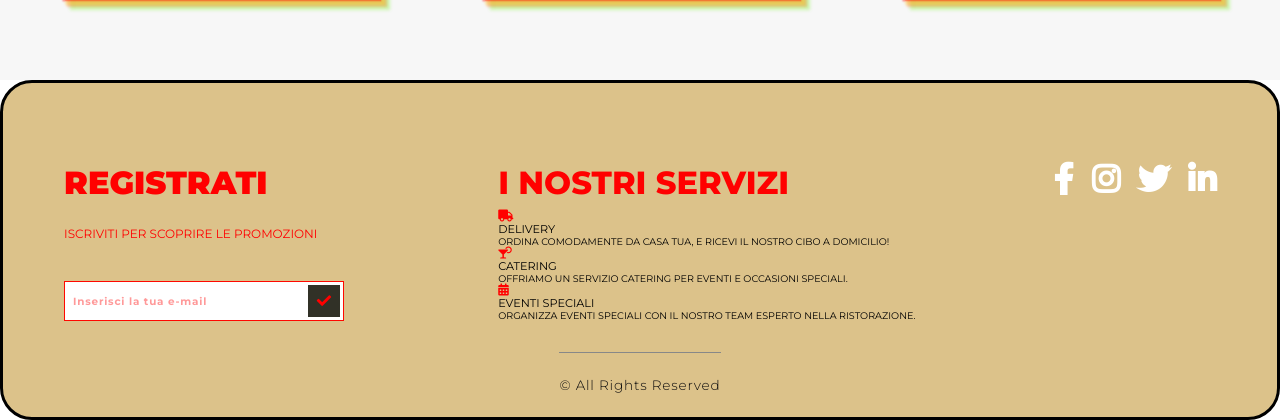
Repository: Probyte5D/ResponsiveFoodWebsite
Page: index.html
An editor plug-in stored every save of this project. The page is shown before and after the next save, followed by the edit.
The browser window is 1280 px wide. The pictures show the part of the page from y = 2305 to 2847 px (the page is 2725 px tall before and 2847 px after).
Backgrounds fixed to the window are drawn as part of the page. Some web fonts or font styles are not loaded; a fallback is used.

Above is the page before, as saved 2025-04-06 19:51:03.

After the next save:
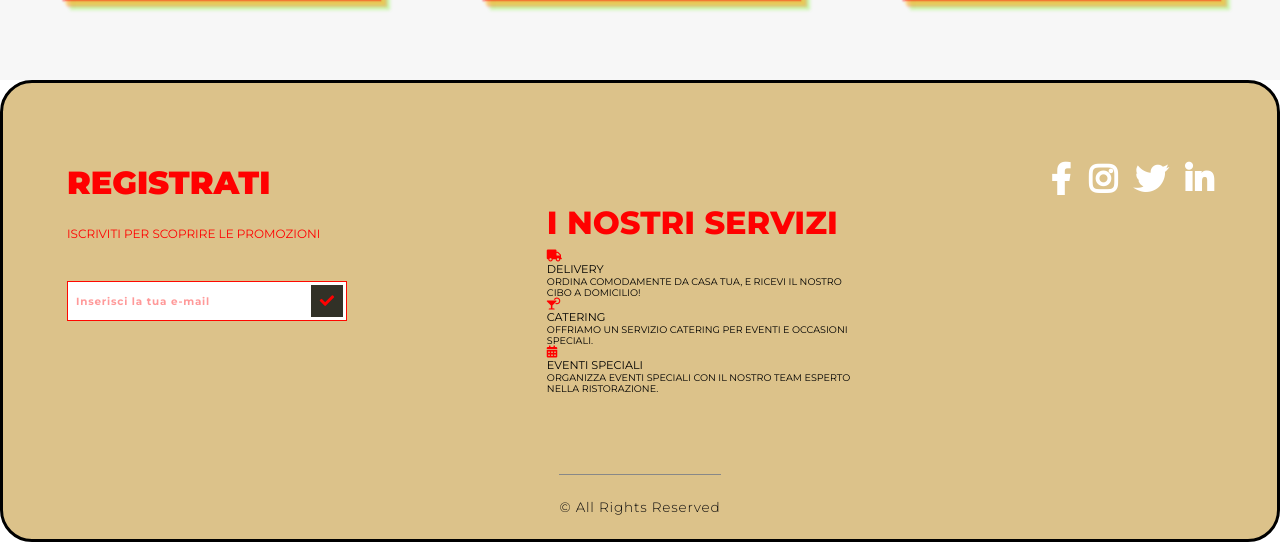
Saved 74 s later.
--- a/style.css
+++ b/style.css
@@ -557,11 +557,12 @@ padding-left: 2rem;
     height: auto;
     padding: 10rem 0 12rem 0;
   }
-  .srvices{
+  .services{
     width: 40rem;
     height: 25rem;
     margin: 5rem;
   }
 
 
-}
+
+}
